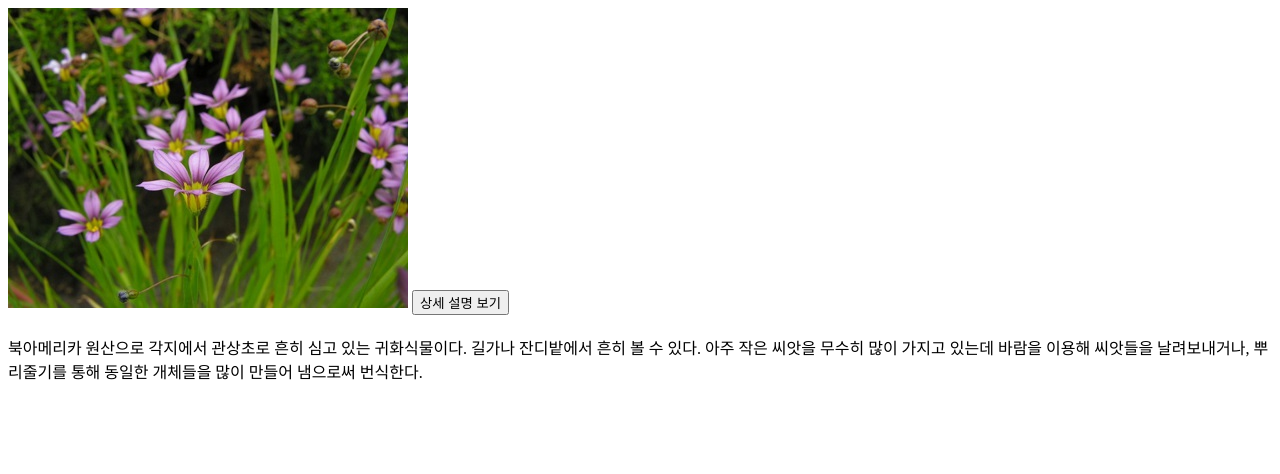
Repository: ady0099/webstudy
Page: 03_javascript/src/main/webapp/day02/ex17_event.html
An editor plug-in stored every save of this project. The page is shown before and after a run of saves, followed by the edit.
The browser window is 1280 px wide. The pictures show the whole page.

Above is the page before, as saved 2023-06-28 07:40:39.

### 03_javascript/src/main/webapp/day02/ex17_event.html
<!DOCTYPE html>
<html>
	<head>
		<meta charset="UTF-8">
		<title>Insert title here</title>
	</head>
	<body>
		<div id="item">
			<img alt="" src="../images/flower.jpg">
			<button class="over" id="open">상세 설명 보기</button>
			<div id="desc" class="detail">
			<h2></h2>
			<p>북아메리카 원산으로 각지에서 관상초로 흔히 심고 있는 귀화식물이다.
			길가나 잔디밭에서 흔히 볼 수 있다.
			아주 작은 씨앗을 무수히 많이 가지고 있는데 바람을 이용해 씨앗들을 날려보내거나,
			뿌리줄기를 통해 동일한 개체들을 많이 만들어 냄으로써 번식한다.</p>
			</div>
		</div>
	</body>
</html>

After the next 2 saves:
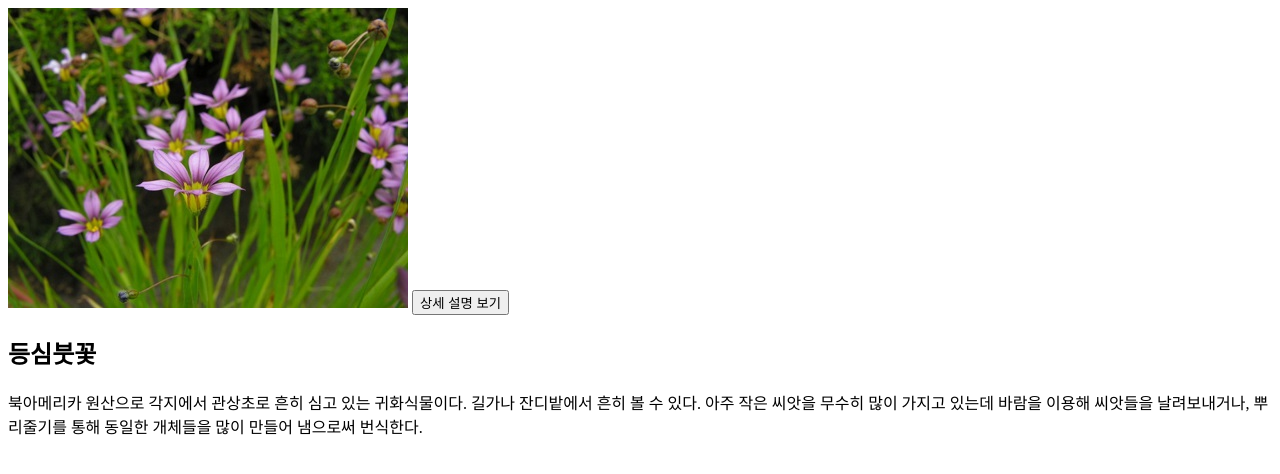
The 2 saves are shown as one change because they came seconds apart.
The last was saved 7 s later.
--- a/03_javascript/src/main/webapp/day02/ex17_event.html
+++ b/03_javascript/src/main/webapp/day02/ex17_event.html
@@ -9,11 +9,11 @@
 			<img alt="" src="../images/flower.jpg">
 			<button class="over" id="open">상세 설명 보기</button>
 			<div id="desc" class="detail">
-			<h2></h2>
-			<p>북아메리카 원산으로 각지에서 관상초로 흔히 심고 있는 귀화식물이다.
-			길가나 잔디밭에서 흔히 볼 수 있다.
-			아주 작은 씨앗을 무수히 많이 가지고 있는데 바람을 이용해 씨앗들을 날려보내거나,
-			뿌리줄기를 통해 동일한 개체들을 많이 만들어 냄으로써 번식한다.</p>
+				<h2>등심붓꽃</h2>
+				<p>북아메리카 원산으로 각지에서 관상초로 흔히 심고 있는 귀화식물이다.
+				길가나 잔디밭에서 흔히 볼 수 있다.
+				아주 작은 씨앗을 무수히 많이 가지고 있는데 바람을 이용해 씨앗들을 날려보내거나,
+				뿌리줄기를 통해 동일한 개체들을 많이 만들어 냄으로써 번식한다.</p>
 			</div>
 		</div>
 	</body>
